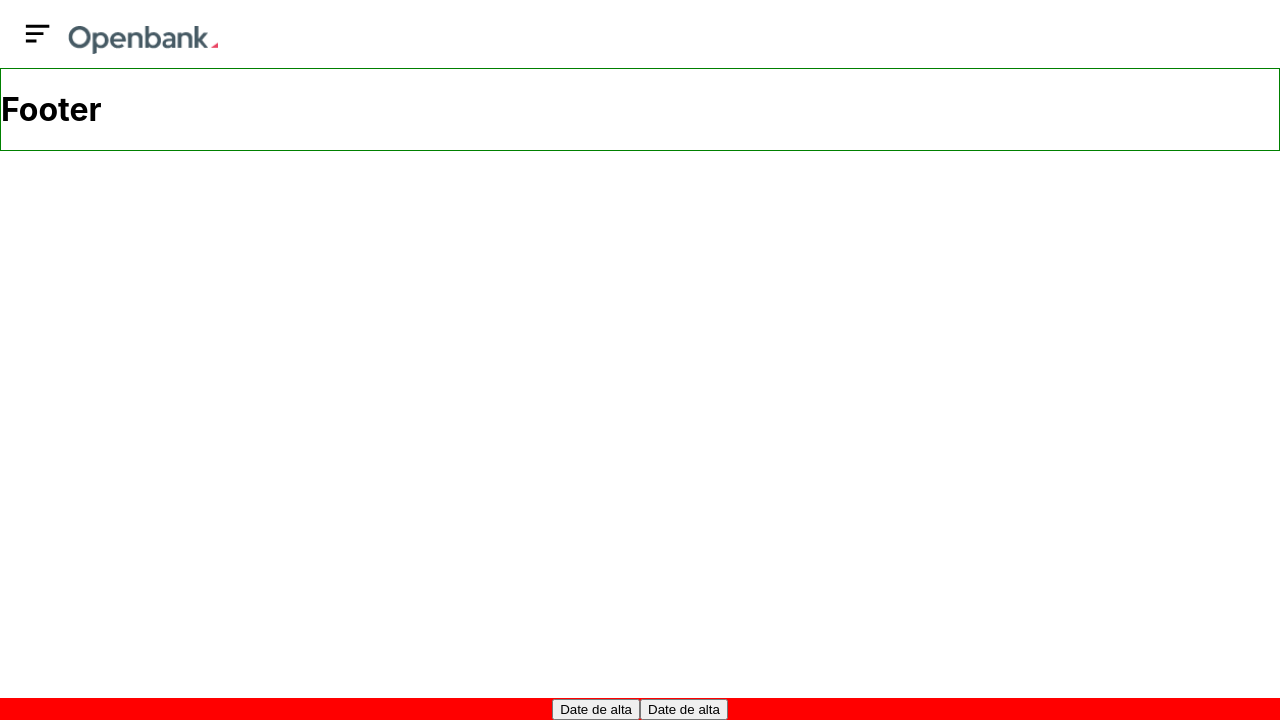
Repository: banchiec/atopenbank
Page: /
The author's editor kept a copy of each file at every save. The page is drawn from the files as they stood at one save, then again after a run of saves.
The browser window is 1280 px wide. The pictures show the whole page.
The project was rebuilt for these pictures with package versions that can differ from the ones it lists, and the page was loaded fresh each time. Also part of the build but not shown: src/App.css.

Above is the page before, as saved 2022-09-21 21:48:30.

### src/index.js
import React from 'react'
import ReactDOM from 'react-dom/client'
import './index.css'
import App from './App'
import reportWebVitals from './reportWebVitals'
import { I18nextProvider } from 'react-i18next'
import i18next from 'i18next'

import global_es from './locale/es/global.json'
import global_en from './locale/en/global.json'

i18next.init({
	interpolation: { escapeValue: false },
})

const root = ReactDOM.createRoot(document.getElementById('root'))
root.render(
	<React.StrictMode>
		<I18nextProvider i18n={i18next}>
			<App />
		</I18nextProvider>
	</React.StrictMode>
)

// If you want to start measuring performance in your app, pass a function
// to log results (for example: reportWebVitals(console.log))
// or send to an analytics endpoint. Learn more: https://bit.ly/CRA-vitals
reportWebVitals()

### src/App.js
import { BrowserRouter as Router, Routes, Route } from 'react-router-dom'
import * as path from './utils/paths'
import Header from './components/Header/Header'

import './App.css'
import HomeScreen from './screen/HomeScreen/HomeScreen'

function App() {
	return (
		<Router>
			<Header />
			<Routes>
				<Route path={path.HOMEPAGE} element={<HomeScreen />} />
			</Routes>
		</Router>
	)
}

export default App

### src/locale/es/global.json
{
	"header": {
		"hello-world": "Hola mundo"
	}
}

### src/locale/en/global.json
{
	"header": {
		"hello-world": "Hello world"
	}
}

### src/utils/paths.js
export const HOMEPAGE = '/'
export const LOGINPAGE = '/login'

### src/components/Header/Header.js
import { Link } from 'react-router-dom'
import * as path from '../../utils/paths'
import { BiLogIn, BiMenuAltLeft } from 'react-icons/bi'
import { Navbar, NavbarLogo, NavbarMenuMobile, NavbarRegister } from './headerStyled'

import OpenbankLogo from '../../assets/img/logo_openbank.png'

const Header = () => {
	return (
		<Navbar>
			<NavbarLogo>
				<BiMenuAltLeft />
				<Link to={path.HOMEPAGE}>
					<img src={OpenbankLogo} alt={'openbank-logo'} />
				</Link>
			</NavbarLogo>
			<NavbarMenuMobile>
				<BiLogIn />
			</NavbarMenuMobile>
			<NavbarRegister>
				<button>Date de alta</button>
				<button>Date de alta</button>
			</NavbarRegister>
		</Navbar>
	)
}
export default Header

### src/screen/HomeScreen/HomeScreen.js
import Footer from "../../components/Footer/Footer"

const HomeScreen = () => {
	return (
		<>
			<Footer/>
		</>
	)
}
export default HomeScreen

### src/components/Header/headerStyled.js
import styled from 'styled-components'

export const Navbar = styled.header`
	display: flex;
	justify-content: space-between;
	align-items: center;
	background: #0000;
	padding: 10px 15px;
	@media (min-width: 768px) {
		div {
			/* p {
					position: absolute;
				margin: 0;
				color: #000;
				font-weight: 600;
				text-align: center;
				font-size: 14px;
				margin-top: -10px;
				margin-left: 10px;
				z-index: 2;
			} */
		}
	}
`

export const NavbarLogo = styled.div`
	display: flex;
	flex-direction: row;
	align-items: center;
	justify-content: center;
	a {
		text-decoration: none;
		color: #ffff;
		font-weight: 500;
	}
	svg {
		font-size: 2.2rem;
		padding: 0 5px;
	}
	img {
		padding-top: 1em;
		width: 105px;
	}
	@media (min-width: 768px) {
		img {
			padding-left: 0.5em;
			width: 150px;
		}
	}
`
export const NavbarMenuMobile = styled.div`
	display: flex;
	flex-direction: row;
	align-items: center;
	justify-content: center;
	svg {
		font-size: 1.4em;
	}
	@media (min-width: 768px) {
		display: none;
	}
`
export const NavbarRegister = styled.div`
	position: fixed;
	left: 0;
	width: 100%;
	bottom: 0;
	text-align: center;
	background-color: red;
	@media (min-width: 768px) {
		position
	}
	/* flex-direction: column; */
	/* align-items: center; */
	/* justify-content: center; */
`

### src/components/Footer/Footer.js
import { Container } from './footerStyled'
const Footer = () => {
	return (
		<Container>
			<h1>Footer</h1>
		</Container>
	)
}
export default Footer

### src/components/Footer/footerStyled.js
import styled from 'styled-components'

export const Container = styled.div`
	border: 1px solid green;
`

Loaded but not shown: public/index.html (common file); src/index.css (common file); src/reportWebVitals.js (common file)

After the next 2 saves:
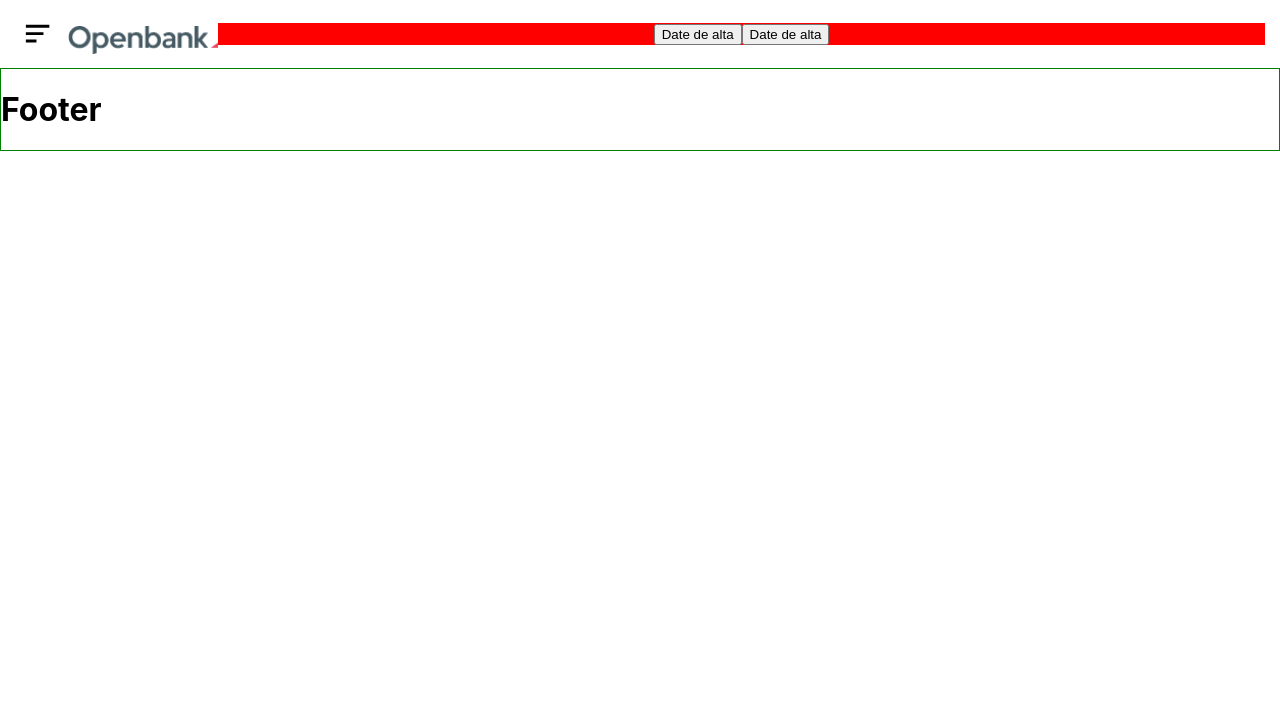
The 2 saves are shown as one change because they came seconds apart.
The last was saved 6 s later.
--- a/src/components/Header/headerStyled.js
+++ b/src/components/Header/headerStyled.js
@@ -68,7 +68,7 @@
 	text-align: center;
 	background-color: red;
 	@media (min-width: 768px) {
-		position
+		position: relative;
 	}
 	/* flex-direction: column; */
 	/* align-items: center; */
